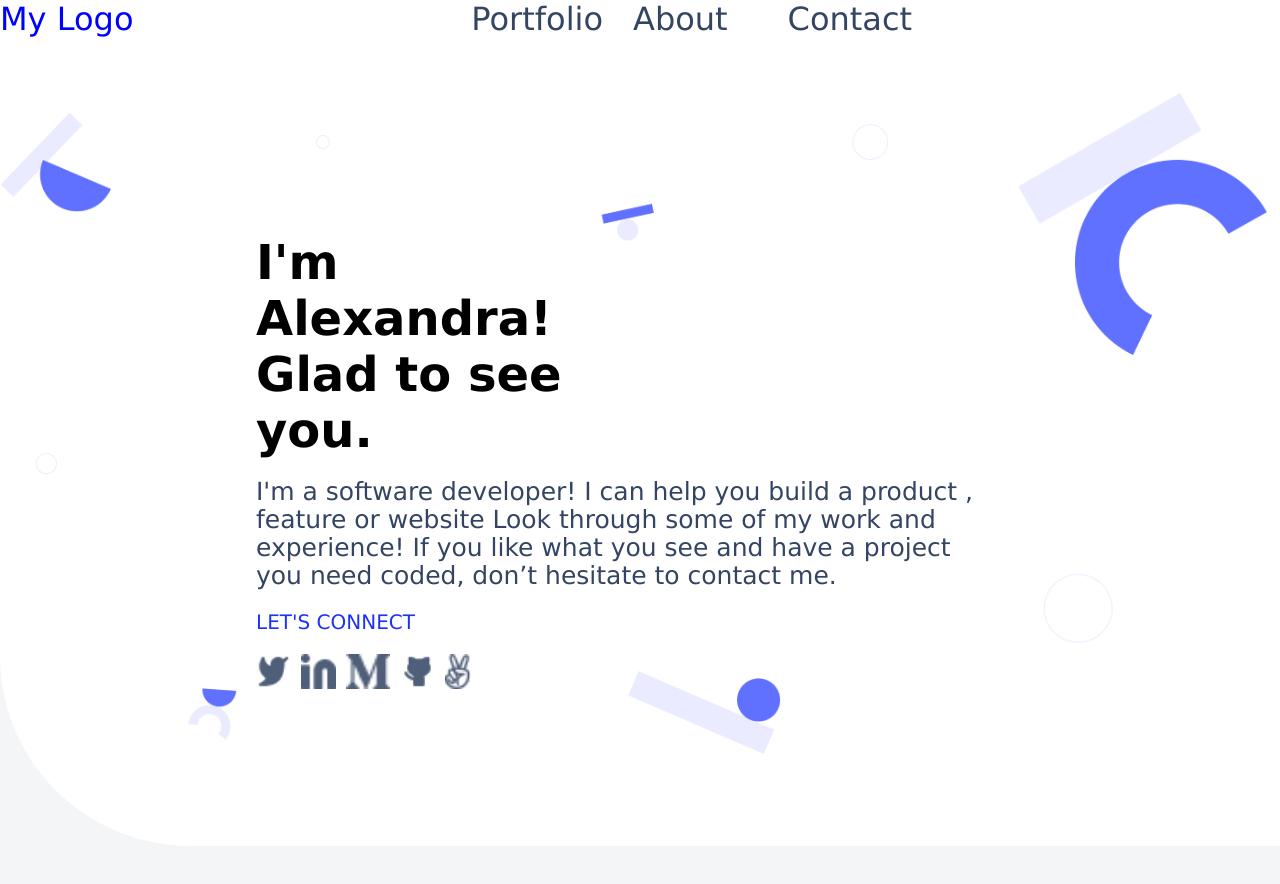
Repository: usman3123/portfolio-template-3
Page: portfolio.html
The author's editor kept a copy of each file at every save. The page is drawn from the files as they stood at one save, then again after the next save.
The browser window is 1280 px wide. The pictures show the whole page.
Some web libraries are served in a nearby version.

Above is the page before, as saved 2025-01-24 15:56:02.

### portfolio.html
<!DOCTYPE html>
<html lang="en">
<head>
  <meta charset="UTF-8">
  <meta name="viewport" content="width=device-width, initial-scale=1.0">
  <title>project 2</title>
  <link rel="stylesheet" href="style.css">
  <link href='https://unpkg.com/boxicons@2.1.4/css/boxicons.min.css' rel='stylesheet'>
  <link rel="stylesheet" href="https://cdnjs.cloudflare.com/ajax/libs/font-awesome/6.6.0/css/all.min.css" integrity="sha512-Kc323vGBEqzTmouAECnVceyQqyqdsSiqLQISBL29aUW4U/M7pSPA/gEUZQqv1cwx4OnYxTxve5UMg5GT6L4JJg==" crossorigin="anonymous" referrerpolicy="no-referrer" />
  <link rel="stylesheet" href="https://cdnjs.cloudflare.com/ajax/libs/font-awesome/6.6.0/css/all.min.css" integrity="sha512-Kc323vGBEqzTmouAECnVceyQqyqdsSiqLQISBL29aUW4U/M7pSPA/gEUZQqv1cwx4OnYxTxve5UMg5GT6L4JJg==" crossorigin="anonymous" referrerpolicy="no-referrer" />

  <link rel="stylesheet" href="https://cdnjs.cloudflare.com/ajax/libs/font-awesome/6.7.2/css/all.min.css">
  <link rel="preconnect" href="https://fonts.googleapis.com">
<link rel="preconnect" href="https://fonts.gstatic.com" crossorigin>
<link href="https://fonts.googleapis.com/css2?family=Poppins:ital,wght@0,100;0,200;0,300;0,400;0,500;0,600;0,700;0,800;0,900;1,100;1,200;1,300;1,400;1,500;1,600;1,700;1,800;1,900&display=swap" rel="stylesheet">
</head>

<body>

  <!-- Navbar -->

 <div class="hero-page">
   <div class="nav-head flex">
    <nav class="navbar flex">
      <p class="mainlogoo">My Logo</p>
      <div class="nav-links flex">
        <a href="#myportfolio" style="text-decoration: none;" class="link">Portfolio</a>
        <a href="#myabout" style="text-decoration: none;" class="link">About<a>
        <a href="#mycontact" style="text-decoration: none;" class="link">Contact<a>
      </div>
      <!-- <i class="fa-solid fa-light fa-bars fa-xl nav-icon flex" style="color: #ffffff;"></i> -->
    </nav>
   </div>

  <!-- Main Content -->
  <section id="myportfolio" class="hero-section flex">
    <div class="hero-content flex">
        <h1 class="hero-head"> I'm Alexandra!
          Glad to see you.
      </h1>
      <p class="hero-p">
         I'm a software developer! I can help you build a product , feature or website Look through  some of my work and experience! If you like what you see and have a project you need coded, don’t hesitate to contact me.
      </p>
     <p class="let-connect"> LET'S CONNECT</p>

      <div class="icons flex">
          <img src="/assets/twitter.png" class="media-icon">
          <img src="assets/Linkedin.png" class="media-icon">
          <img src="assets/M.png" class="media-icon">
          <img src="assets/Github.png" class="media-icon">
          <img src="assets/V.png" class="media-icon">
      </div>
    </div>
  </section>

 </div>
  <!-- Cards Section -->

  <!-- <section class="cards flex">
  </section>

  <div class="page">
    </div>
     -->


   <!-- ABOUT MYSELF -->

  <!-- <section id="myabout" class="about flex">

    <div class="about-intro flex">
      <h1 style="font-size: 40px;">About Myself</h1>
      <p class="about-paragraph">Hello I'm a software developer! I can help you build a product , feature or website Look through some of my work and experience! If you like what you see and have a project you need coded, don't hesitate to contact me.</p>
        <p class="let-connect">Let's Connect</p>
        <div class="icons flex icon-gap">
          <img src="assets/twitter.png" class="twitter">
          <img src="assets/Linkedin.png" class="inimage">
          <img src="assets/M.png" class="mimage">
          <img src="assets/Github.png" class="tomimage">
          <img src="assets/V.png" class="protocol">
      </div>
      <button class="button rsm-btn"> Get my resume</button>
    </div>

    <div class="about-skills flex">
      <div class="about-all flex">
        <p>Languages</p>
        <i class='bx bx-chevron-down'></i>
      </div>
      <div class="about-lang flex">
        <div class="about-lang-img flex">
          <i class="fa-brands fa-js" style="color: #ff0000;"></i>
          <p>JavaScript</p>
        </div>
        <div class="about-lang-img flex">
          <i class="fa-brands fa-html5" style="color: #FFD43B;"></i>
          <p>Html</p>

        </div>
        <div class="about-lang-img flex">
          <i class="fa-brands fa-css3-alt" style="color: #74C0FC;"></i>
          <p>css</p>
        </div>
      </div>
      <div class="about-all flex">
        <p> Frameworks</p>
        <i class='bx bx-chevron-right'></i>
      </div>
      <div class="about-all flex">
        <p>Skills</p>
        <i class='bx bx-chevron-right'></i>
        </div>
        </div>
        <div class="contact-section flex">
            <h4 class="contact-paragraph">I'm always interested in hearing about new projects, so if you'd like to chat please get in touch.</h4>
            <form action="submit-form" class="contact-form flex">
                <div class="names flex">
                    <input type="text" placeholder="Full name" class="first-name">
                    <input type="text" placeholder="last name" class="last-name">
      </div>
        <div class="contact-section flex">
            <h4 class="contact-paragraph">I'm always interested in hearing about new projects, so if you'd like to chat please get in touch.</h4>
            <form action="submit-form" class="contact-form flex">
                <div class="names flex">
                    <input type="text" placeholder="Full name" class="first-name">
                    <input type="text" placeholder="last name" class="last-name">
    </div>
  </section> -->

  <!-- Contact section -->

  <!-- <section id="mycontact" class="contact-section">
    <h1 class="contact-heading">Contact Me</h1>
    <p class="contact-description">
        If you have an application you are interested in developing, a feature that you need built, or a project that needs coding, I'd love to help with it!
    </p>
    <form class="contact-form">
        <input class="form-input" type="text" placeholder="Your Name">
        <input class="form-input" type="email" placeholder="Your Email">
        <textarea class="form-message" placeholder="Write your message here..."></textarea>
        <button class="form-button">Get in Touch</button>
    </form>

</section>

</main> -->

<script src="index.js"></script>
</body>
</html>

### style.css
*{
    margin: 0;
    padding: 0;
    box-sizing: border-box;
}

body {
    font-family: Verdana, Geneva, Tahoma, sans-serif;
    background-color: #f4f5f7;
}

.flex {
    display: flex;
}

.navbar {
    justify-content: space-between;
    align-items: center;
    width: 100%;
}

.mainlogoo {
    font-size: 2rem;
    color: blue;
}
.nav-links {
    gap: 30px;
    font-size: 2rem;
}
.link {
    color: #344563;
}

#menu-icon {
    display: none;
}
.hero-page {
    background-color: white;
    border-bottom-left-radius: 190px;
    background-image: url(/assets/Header\ bg@2x.png);
    background-size: contain;
    max-height: 846px;
    background-position: center;
    background-repeat: no-repeat;
    max-width: 1440px;
}
.hero-section {
    height: 846px;
    align-items: center;
    justify-content: center;
    padding-left: 20%;
}
.hero-content {
    flex-direction: column;
    gap: 20px;
}
.hero-head {
    font-size: 48px;
    font-weight: 700;
    width: 35%;
}

.hero-p {
    font-size: 25px;
    line-height: 28px;
    color: #344563;

    width: 73%;
}

.let-connect {
    color: #1d32f7;
    font-size: 20px;
    font-weight: 500;
    line-height: 24px;
}

.media-icon {
    height: 35px;
}

.icons {
    gap: 10px;
}

.nav-head {
    max-width: 1440px;
    flex-direction: column;
    justify-content: space-around;
    align-items: center;
    width: 100%;
}
.enable {
    color: blue;
}



@media (max-width : 1100px) {

}

Loaded but not shown: index.js (no copy from this time; the picture is the same without it)

After the next save:
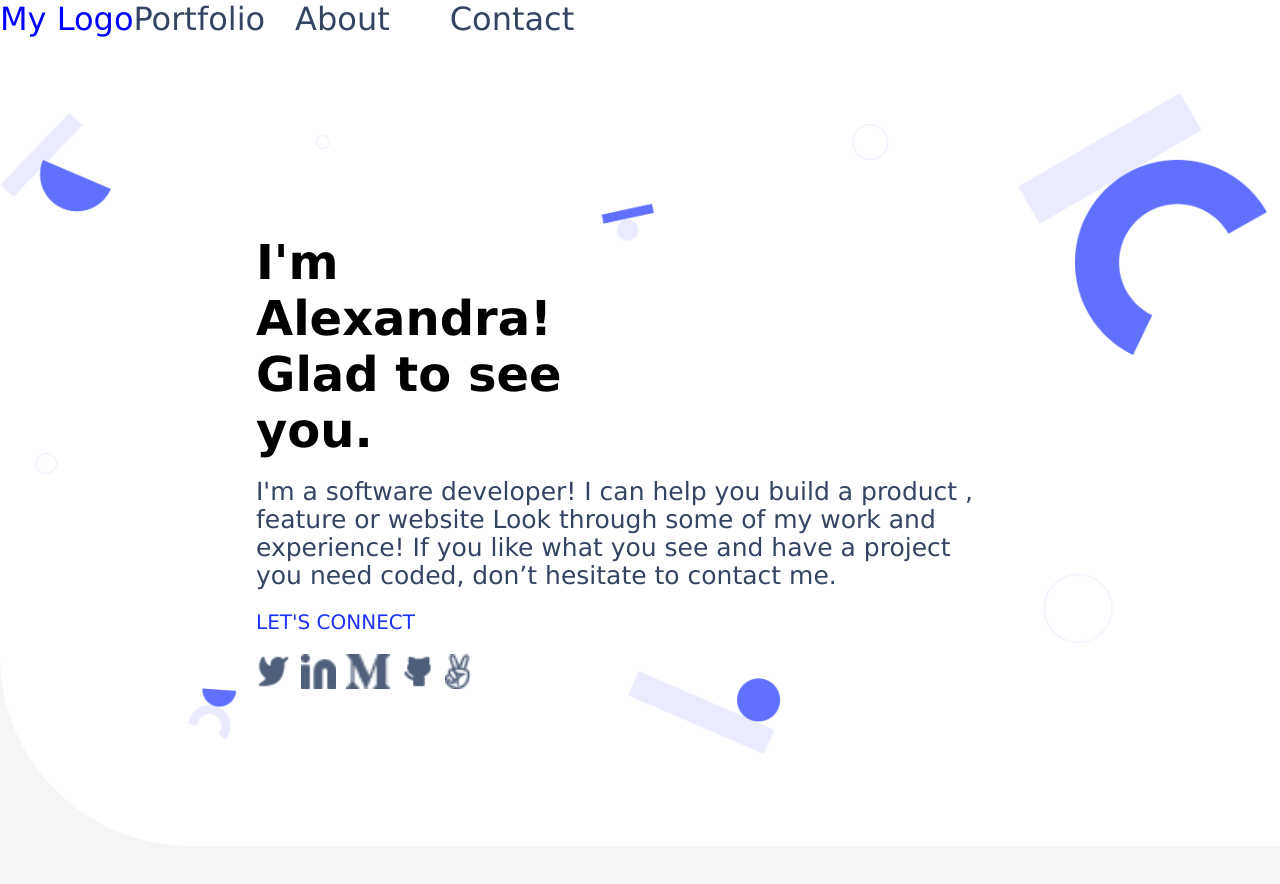
Saved 64 s later.
--- a/style.css
+++ b/style.css
@@ -14,8 +14,6 @@
 }
 
 .navbar {
-    justify-content: space-between;
-    align-items: center;
     width: 100%;
 }
 

After the save that followed:
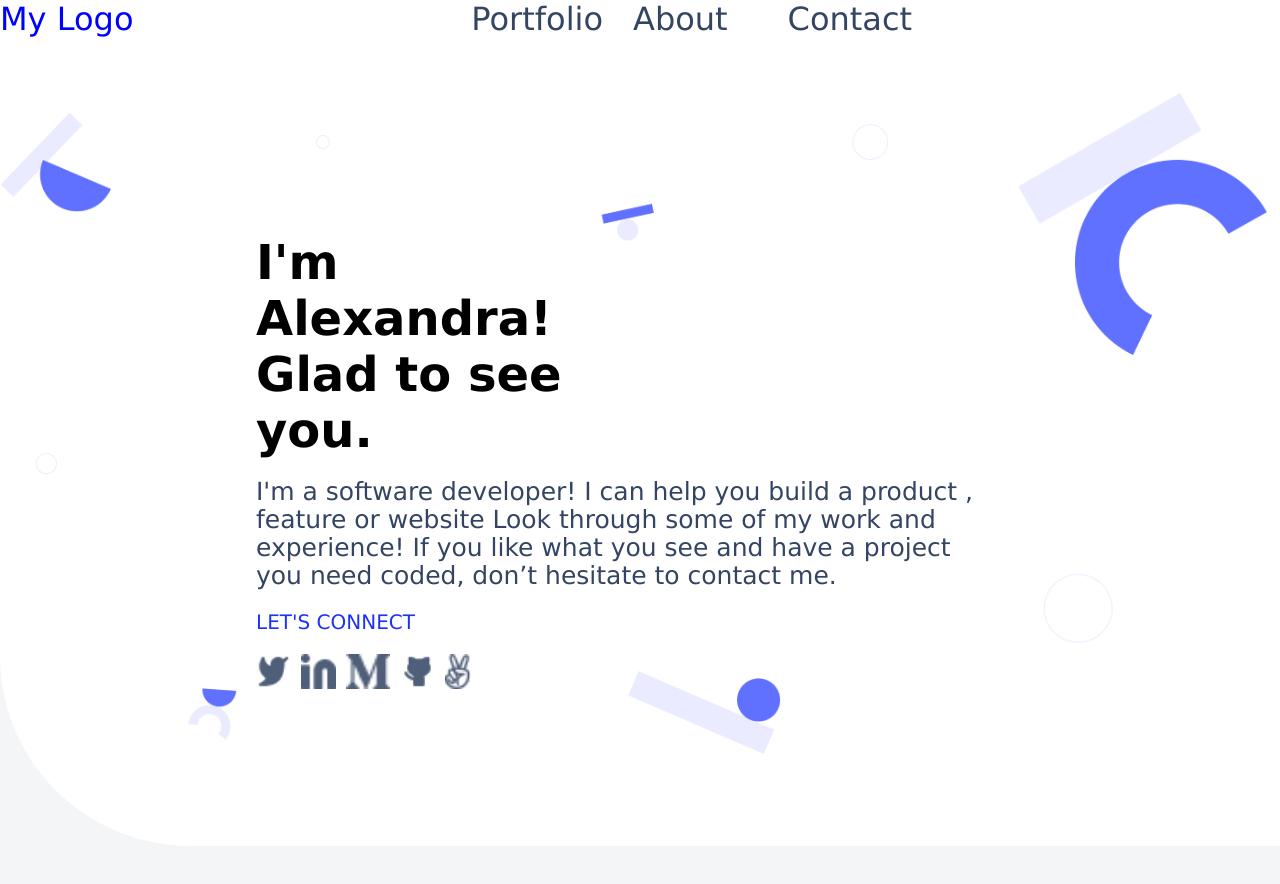
Saved 29 s later.
--- a/style.css
+++ b/style.css
@@ -14,6 +14,8 @@
 }
 
 .navbar {
+    justify-content: space-between;
+    align-items: center;
     width: 100%;
 }
 
@@ -83,9 +85,6 @@
 
 .nav-head {
     max-width: 1440px;
-    flex-direction: column;
-    justify-content: space-around;
-    align-items: center;
     width: 100%;
 }
 .enable {
